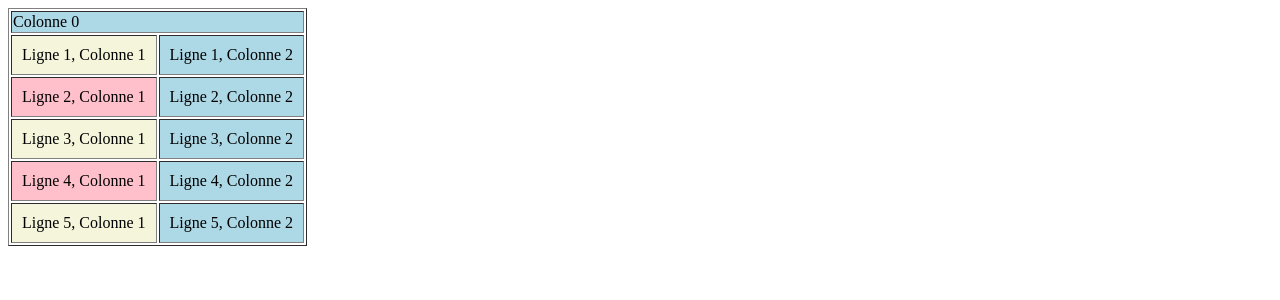
Repository: Chaimaa482/web-tp4
Page: ex1.html
An editor plug-in stored every save of this project. The page is shown before and after the next save, followed by the edit.
The browser window is 1280 px wide. The pictures show the whole page.

Above is the page before, as saved 2023-10-22 15:55:11.

### ex1.html
<!DOCTYPE html>
<html>
<head>
</head>
<style>
    .col1 {
        background-color: lightblue;
    }
    .col2 {
        text:r
    }
</style>
<body>
    <table id="myTable" border="1">
        <tr>
            <td colSpan="2" >Colonne 0</td>
        </tr>
        <tr>
            <td>Ligne 1, Colonne 1</td>
            <td>Ligne 1, Colonne 2</td>
        </tr>
        <tr>
            <td>Ligne 2, Colonne 1</td>
            <td>Ligne 2, Colonne 2</td>
        </tr>
        <tr>
            <td>Ligne 3, Colonne 1</td>
            <td>Ligne 3, Colonne 2</td>
        </tr>
        <tr>
            <td>Ligne 4, Colonne 1</td>
            <td>Ligne 4, Colonne 2</td>
        </tr>
        <tr>
            <td>Ligne 5, Colonne 1</td>
            <td>Ligne 5, Colonne 2</td>
        </tr>
    </table>

    <script>
        var table = document.getElementById("myTable");
        var cells = table.getElementsByTagName("td");

        // Donner une couleur de fond rose aux lignes paires et beige aux lignes impaires
        var rows = table.querySelectorAll("tr");
        for (var i = 1; i < rows.length; i++) {
            if (i % 2 === 0) {
                rows[i].style.backgroundColor = "pink";
            } else {
                rows[i].style.backgroundColor = "beige";
            }
        }

        // Donner une classe col1 aux colonnes paires et col2 aux colonnes impaires
        var cellsCol1 = table.getElementsByClassName("col1");
        var cellsCol2 = table.getElementsByClassName("col2");
        for (var i = 0; i < cells.length; i++) {
            if (i % 2 === 0) {
                cells[i].className = "col1"
            } else {
                cells[i].className = "col2";
            }
        }

        // Augmenter le padding de toutes les cellules sauf celles de la première ligne
        for (var i = 1; i < cells.length; i++) {
            cells[i].style.padding = "10px";
        }
    </script>
</body>
</html>

After the next save:
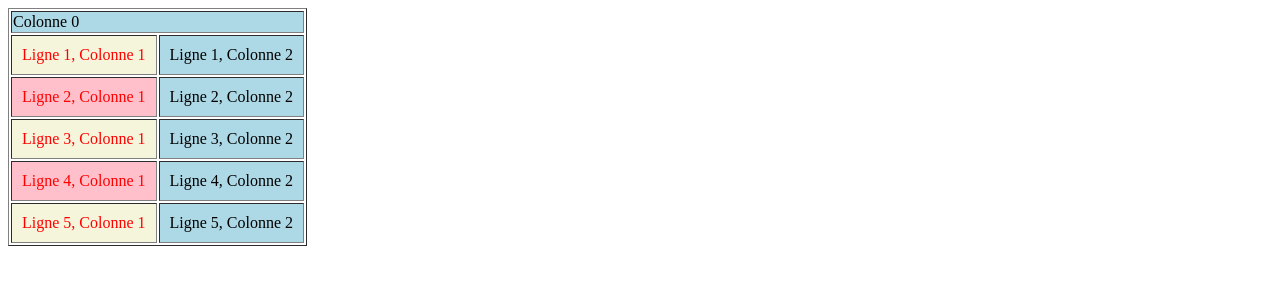
Saved 6 s later.
--- a/ex1.html
+++ b/ex1.html
@@ -7,7 +7,7 @@
         background-color: lightblue;
     }
     .col2 {
-        text:r
+        color: red;
     }
 </style>
 <body>
